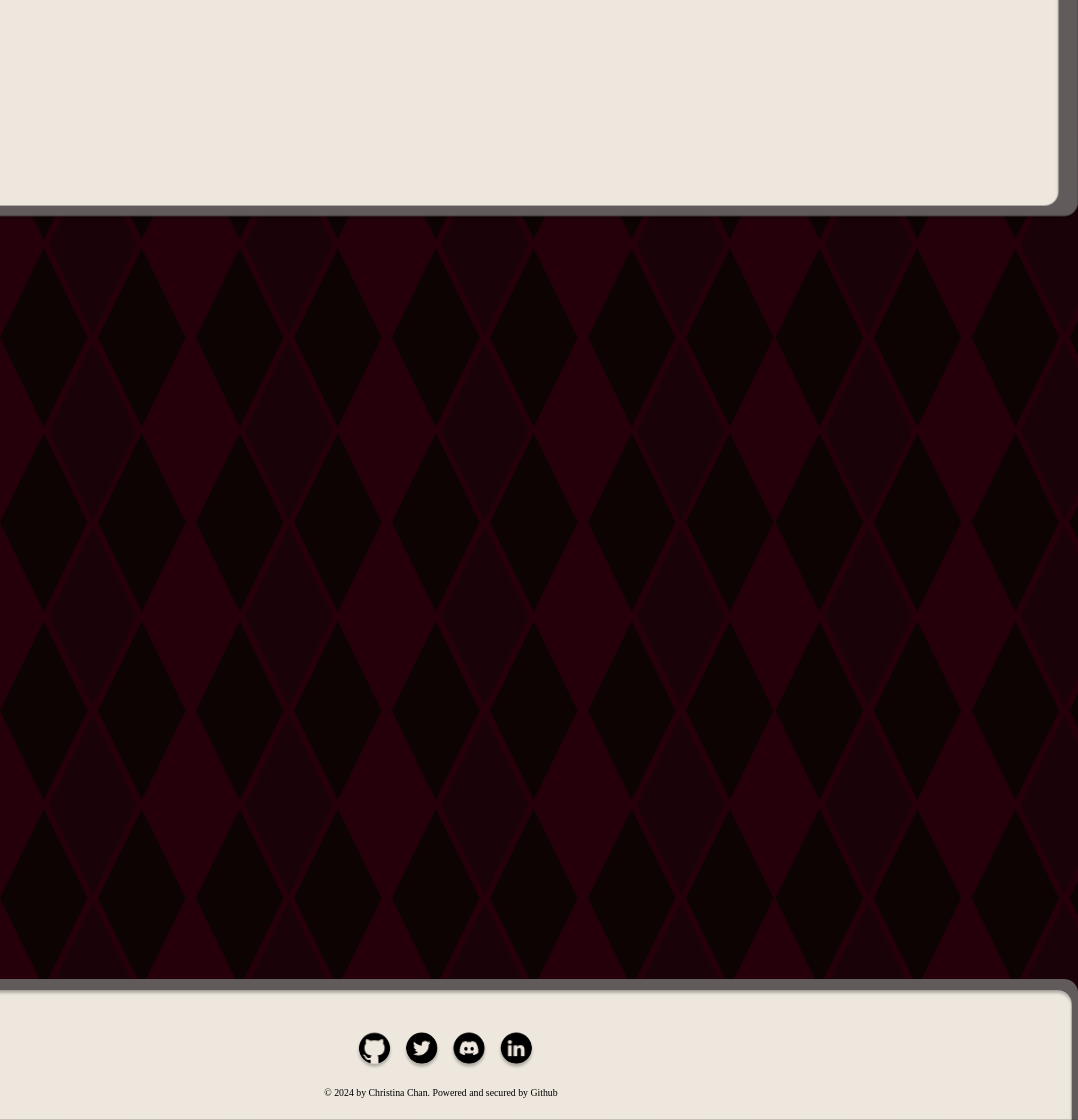
Repository: EMP-ChristinaC/Portfolio
Page: projects/potato-shuffle/potato.html
An editor plug-in stored every save of this project. The page is shown before and after a run of saves, followed by the edit.
The browser window is 1280 px wide. The page is 1540 px wide, so the pictures cover 1540 px, including what lies to the right of the window. The pictures show the part of the page from y = 3378 to 4978 px (the page is 4978 px tall before and 3938 px after), at 70% of full size.
Some web fonts or font styles are not loaded; a fallback is used.

Above is the page before, as saved 2024-12-09 14:00:17.

After the next 8 saves:
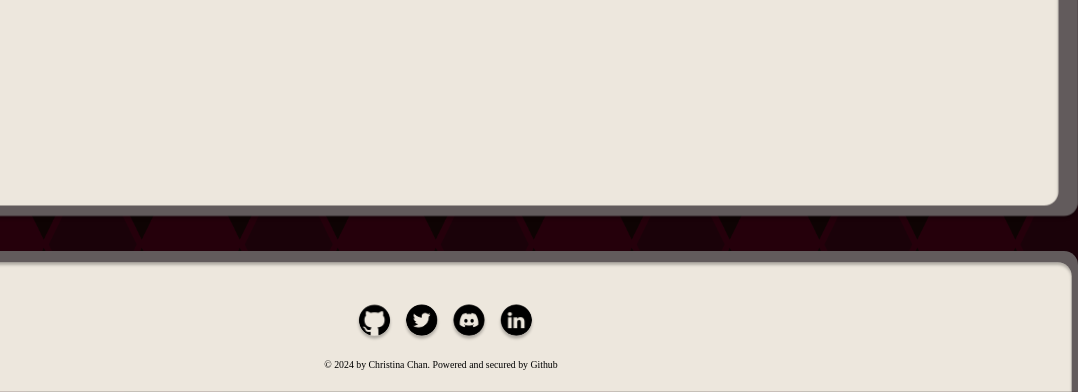
The 8 saves are shown as one change because they came seconds apart.
The last was saved 25 s later.
--- a/projects/potato-shuffle/potato.css
+++ b/projects/potato-shuffle/potato.css
@@ -210,7 +210,7 @@
     position: absolute;
     top: 50%;
     left: 50%;
-    transform: translate(-50%, 1690%);
+    transform: translate(-50%, 1170%);
 }
 
 /*/////////////////////////////////////*/
